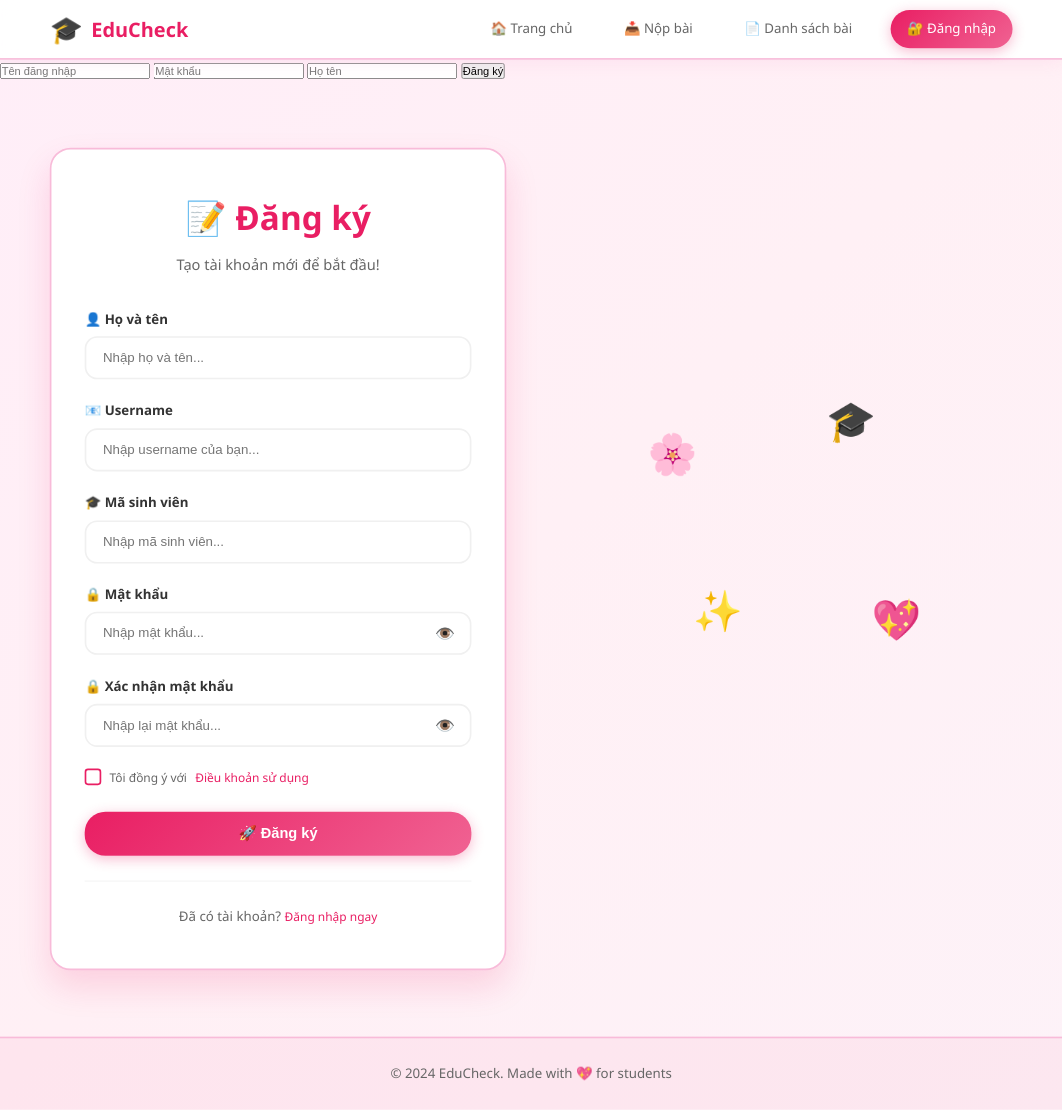
Repository: tuanloc782004/Plagiarism-Detection-System
Page: http://localhost/plagiarism-checker/register.jsp
An editor plug-in stored every save of this project. The page is shown before and after the next save, followed by the edit.
The browser window is 1280 px wide. The pictures show the whole page, at 83% of full size.
The page is served by Tomcat 9.

Above is the page before, as saved 2025-05-26 08:24:07.

After the next save:
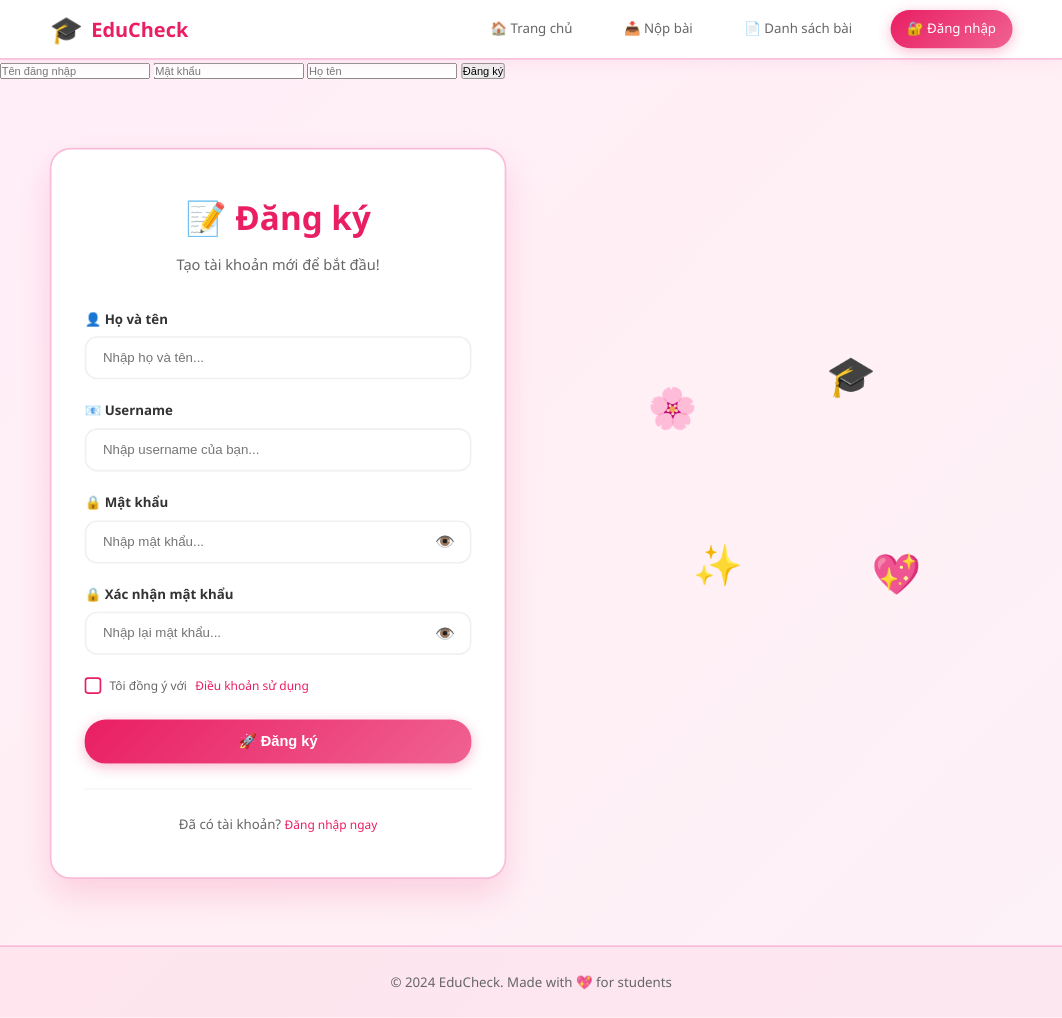
Saved 85 s later.
--- a/plagiarism-checker/src/main/webapp/register.jsp
+++ b/plagiarism-checker/src/main/webapp/register.jsp
@@ -71,12 +71,6 @@
 					</div>
 
 					<div class="form-group">
-						<label for="studentId" class="form-label"> 🎓 Mã sinh viên
-						</label> <input type="text" id="studentId" name="studentId"
-							class="form-input" placeholder="Nhập mã sinh viên..." required>
-					</div>
-
-					<div class="form-group">
 						<label for="password" class="form-label"> 🔒 Mật khẩu </label>
 						<div class="password-input">
 							<input type="password" id="password" name="password"
